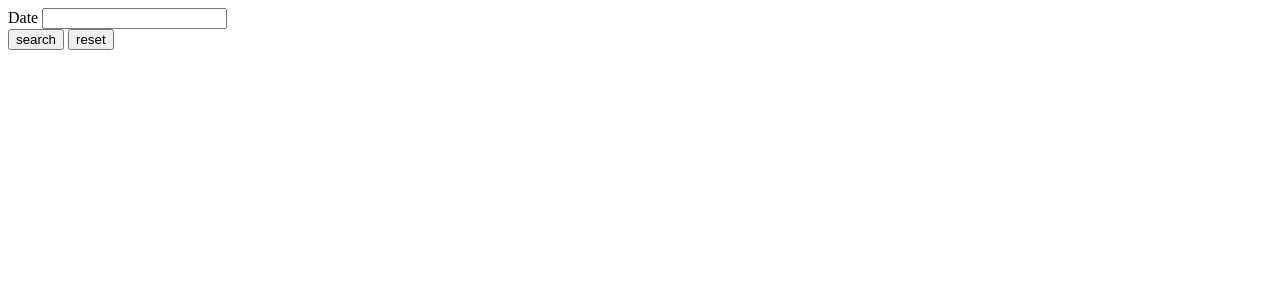
Repository: wardiurban/Assessment3
Page: http://localhost/AssignmentFinal/getPurchased.jsp
An editor plug-in stored every save of this project. The page is shown before and after the next save, followed by the edit.
The browser window is 1280 px wide. The pictures show the whole page.
The page is served by Tomcat 9.

Above is the page before, as saved 2022-07-31 16:11:20.

After the next save:
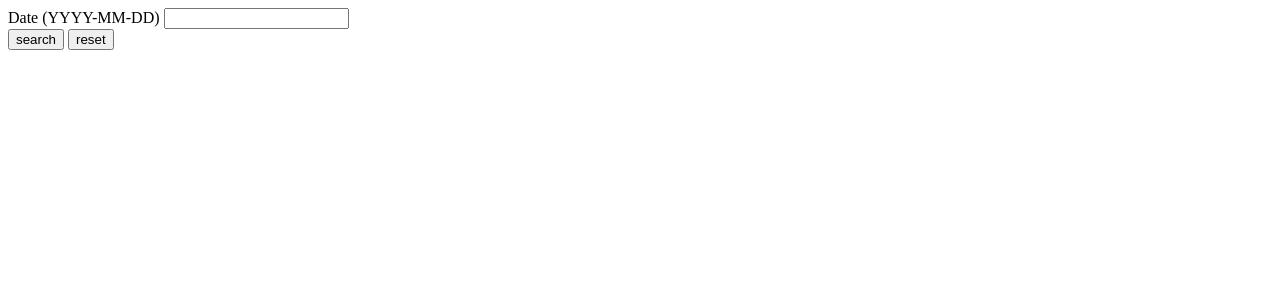
Saved 87 s later.
--- a/AssignmentFinal/WebContent/getPurchased.jsp
+++ b/AssignmentFinal/WebContent/getPurchased.jsp
@@ -9,7 +9,7 @@
 <body>
 
 <form action="getPurchased" method="post">
-<label>Date</label>
+<label>Date (YYYY-MM-DD)</label>
 <input type="text" name="pudate"><br/>
 <input type="submit" value="search"/>
 <input type="reset" value="reset"/>
